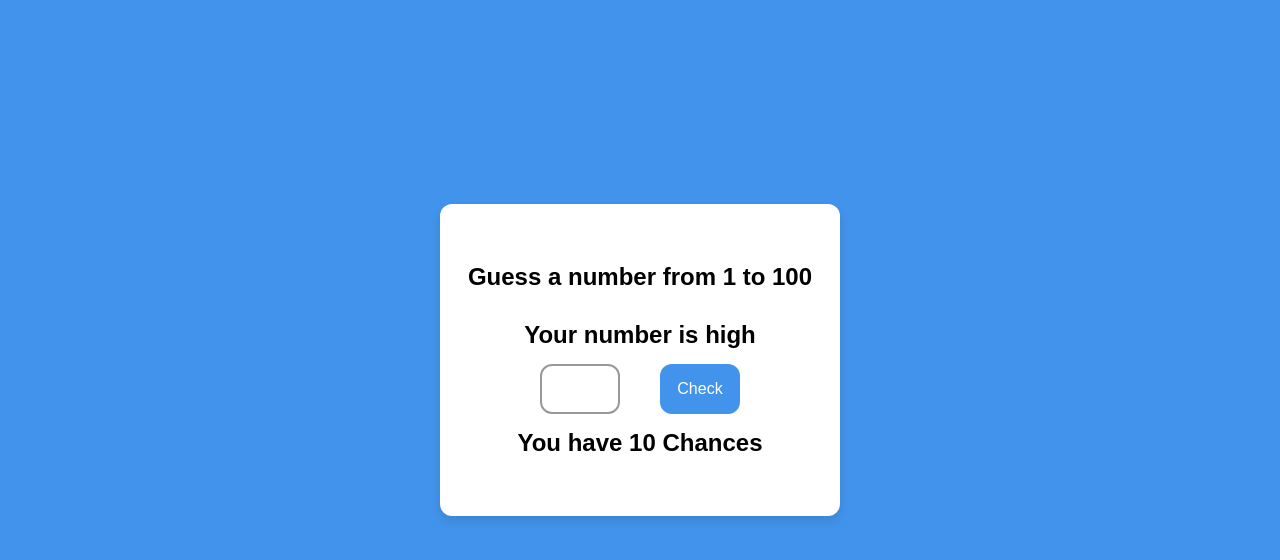
Repository: Ankitkr2021/Guess_Game
Page: index.html
The author's editor kept a copy of each file at every save. The page is drawn from the files as they stood at one save, then again after the next save.
The browser window is 1280 px wide. The pictures show the whole page.

Above is the page before, as saved 2025-09-30 17:52:29.

After the next save:
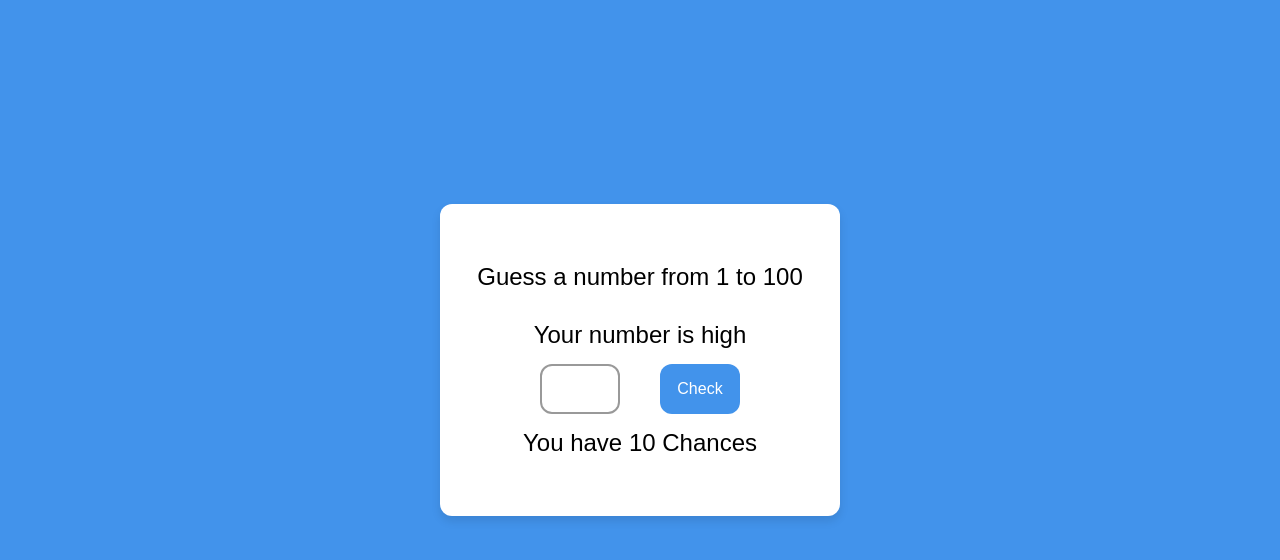
Saved 4 s later.
--- a/style.css
+++ b/style.css
@@ -32,7 +32,7 @@ body{
 p{
     padding: 15px 20px;
     font-size: 24px;
-    font-weight: 600;
+    /* font-weight: 600; */
 }
 
 .same-line {
